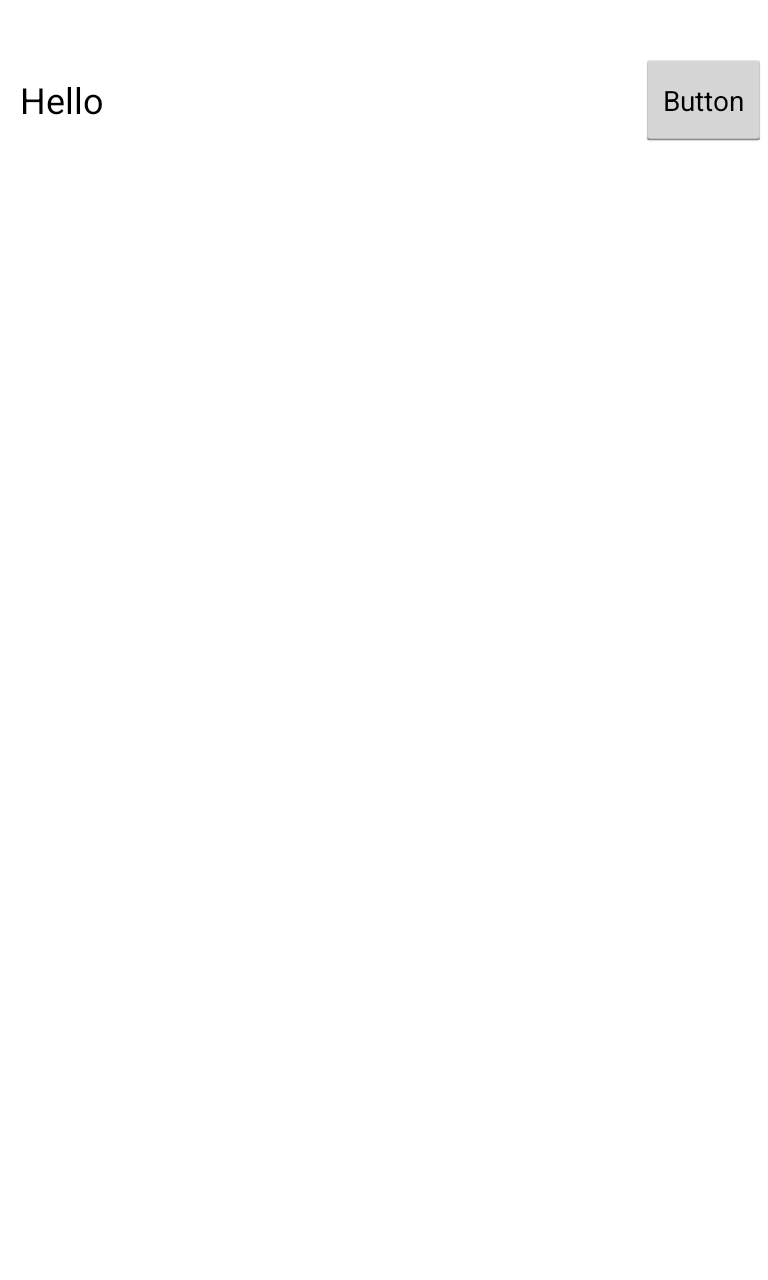
Repository: soumen91/GridView
Layout: CarApps/res/layout/row.xml
The author's editor kept a copy of each file at every save. The layout is drawn from the files as they stood at one save, then again after the next save.
It is drawn on a 768 x 1280 px phone screen (xhdpi) without system bars, with theme AppTheme; the app's code is not run.

Above is the layout before, as saved 2013-06-18 14:58:42.

### CarApps/res/layout/row.xml
<?xml version="1.0" encoding="UTF-8"?>
<LinearLayout xmlns:android="http://schemas.android.com/apk/res/android"
    android:layout_width="fill_parent"
    android:layout_height="fill_parent"
    android:baselineAligned="false"
    android:descendantFocusability="blocksDescendants" >

    <LinearLayout
        android:id="@+id/main"
        android:layout_width="fill_parent"
        android:layout_height="100dp"
        android:orientation="horizontal" >

        <LinearLayout
            android:layout_width="fill_parent"
            android:layout_height="match_parent"
            android:layout_weight="1"
            android:gravity="left|center" >

            <TextView
                android:id="@+id/txtname"
                android:layout_width="wrap_content"
                android:layout_height="wrap_content"
                android:layout_marginLeft="10dp"
                android:text="Hello"
                android:textColor="@color/red"
                android:textAppearance="?android:attr/textAppearanceMedium"
                android:textColor="@color/black" />
        </LinearLayout>

        <LinearLayout
            android:layout_width="fill_parent"
            android:layout_height="match_parent"
            android:layout_weight="1"
            android:gravity="right|center" >

            <Button
                android:id="@+id/bttnaddress"
                style="?android:attr/buttonStyleSmall"
                android:layout_width="wrap_content"
                android:layout_height="wrap_content"
                android:text="Button" />
        </LinearLayout>
    </LinearLayout>

</LinearLayout>

### CarApps/res/values/colors.xml
<?xml version="1.0" encoding="utf-8"?>

<resources>
	<color name="white">#ffffffff</color>
	<color name="red">#ffee0000</color>
	<color name="ltgrey">#ffe0e0e0</color>
	<color name="black">#000000</color>
	<color name="blue">#0000FF</color>
	<color name="picasso_blue">#0276FD</color>
	<color name="blue_spider">#26466D</color>
	<color name="list_view_header_grey">#6E6E6E</color>
</resources>

Loaded but not shown: CarApps/res/values/styles.xml (common file); CarApps/res/values-v11/styles.xml (common file); CarApps/res/values-v14/styles.xml (common file)

After the next save:
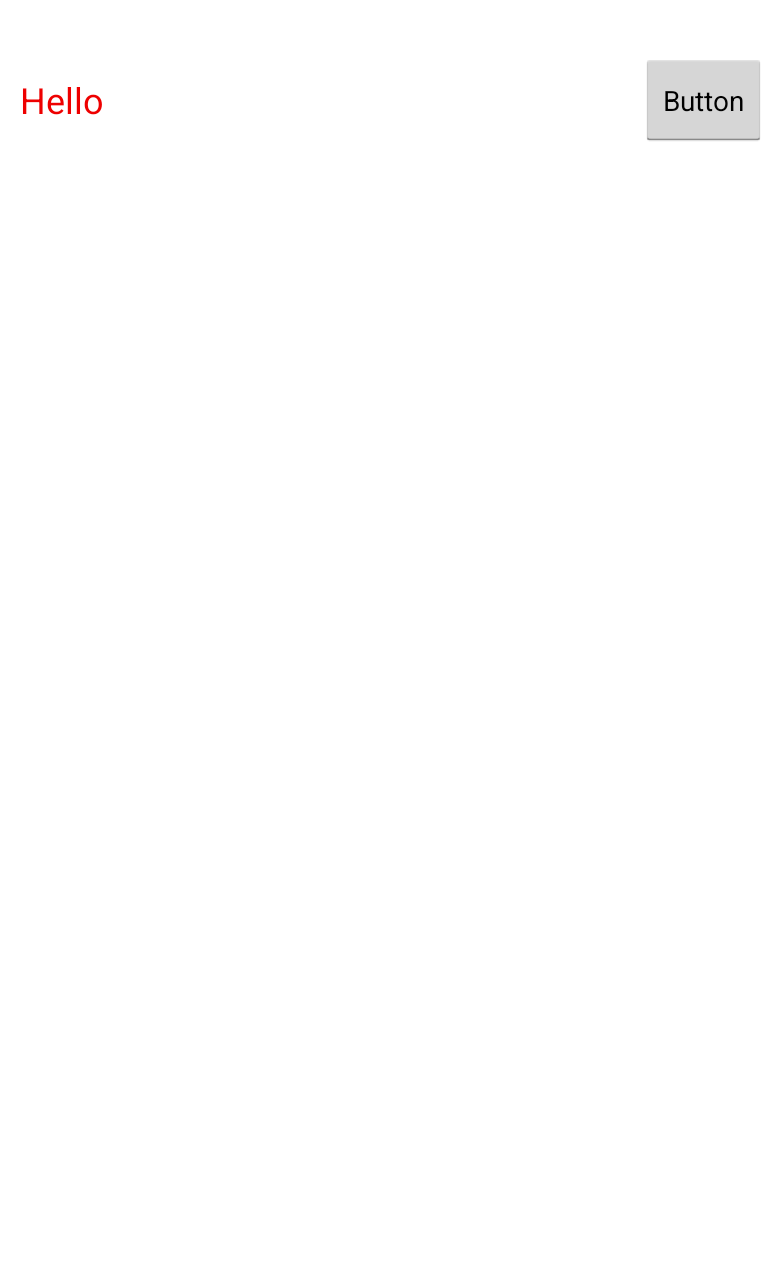
Saved 11 s later.
--- a/CarApps/res/layout/row.xml
+++ b/CarApps/res/layout/row.xml
@@ -25,7 +25,7 @@
                 android:text="Hello"
                 android:textColor="@color/red"
                 android:textAppearance="?android:attr/textAppearanceMedium"
-                android:textColor="@color/black" />
+                 />
         </LinearLayout>
 
         <LinearLayout
